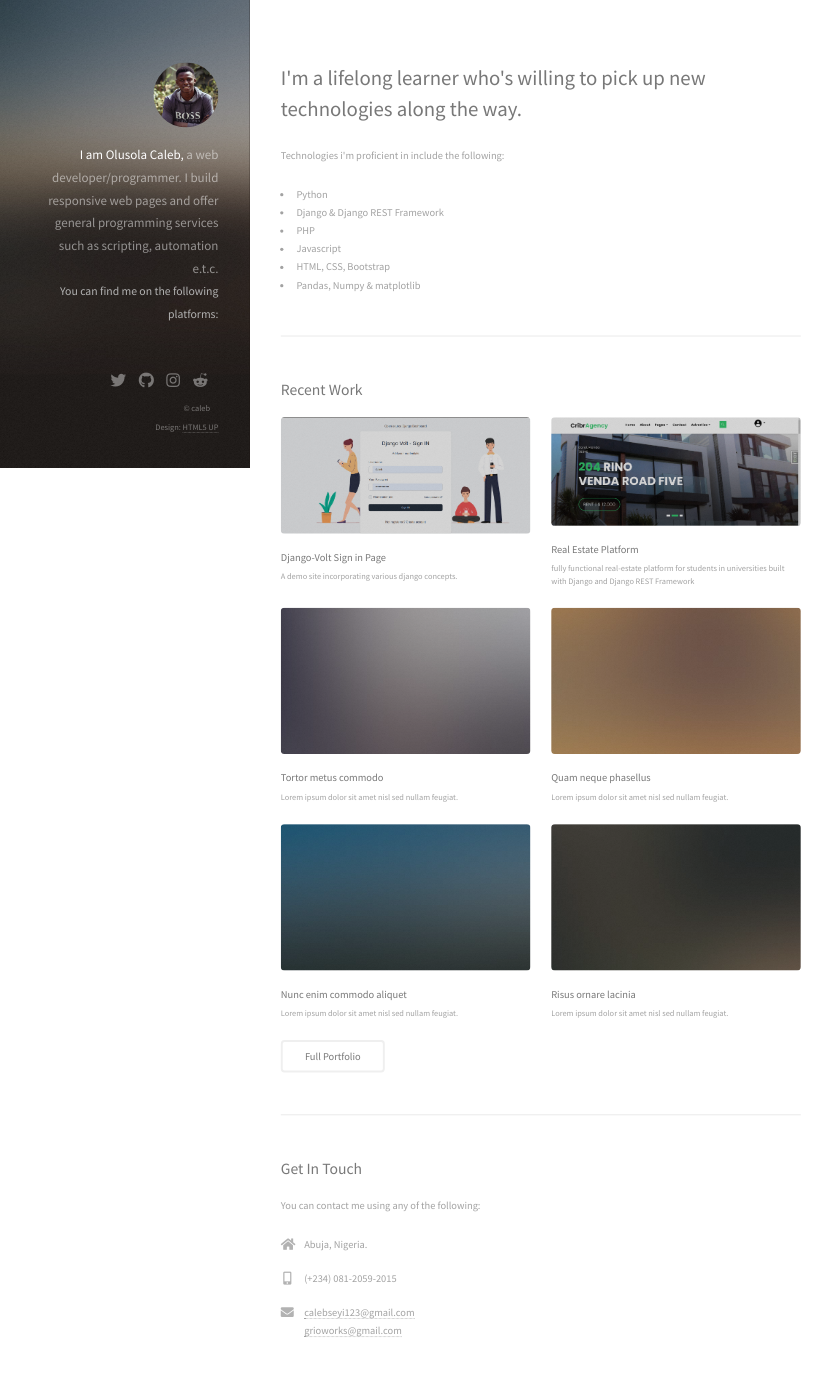
Repository: Caleb40/Caleb40.github.io
Page: index.html
An editor plug-in stored every save of this project. The page is shown before and after the next save, followed by the edit.
The browser window is 1280 px wide. The pictures show the whole page, at 65% of full size.

Above is the page before, as saved 2022-07-13 00:07:17.

### index.html
<!DOCTYPE HTML>
<html lang="en">

<head>
	<title>Olusola Caleb O.</title>
	<meta charset="utf-8" />
	<meta name="viewport" content="width=device-width, initial-scale=1, user-scalable=no" />
	<link rel="stylesheet" href="assets/css/main.css" />
</head>

<body class="is-preload">

	<!-- Header -->
	<header id="header">
		<div class="inner">
			<a href="#" class="image avatar"><img src="images/Photo_1607349133627.jpg" alt="profile" height="100px" width="100px" /></a>
			<h1 id="desc"><strong>I am Olusola Caleb,</strong><br> a web developer/programmer.<br />
				I build responsive web pages and offer general programming services such as scripting, automation e.t.c.
				<p id="findme">You can find me on <br> the following platforms:</p>
			</h1>

		</div>
	</header>

	<!-- Main -->
	<div id="main">

		<!-- One -->
		<section id="one">
			<header class="major">
				<h2>I'm a lifelong learner who's willing to pick up new technologies along the way.</h2>
			</header>
			<p>Technologies i'm proficient in include the following: </p>
			<ul>
				<li>Python</li>
				<li>Django & Django REST Framework</li>
				<li>PHP</li>
				<li>Javascript</li>
				<li>HTML, CSS, Bootstrap</li>
				<li>Pandas, Numpy & matplotlib</li>

			</ul>
			<!-- <ul class="actions">
				<li><a href="#" class="button">Learn More</a></li>
			</ul> -->
		</section>

		<!-- Two -->
		<section id="two">
			<h2>Recent Work</h2>
			<div class="row">
				<article class="col-6 col-12-xsmall work-item">
					<a href="images/portfolio/20220712_184121.png" class="image fit thumb"><img src="images/portfolio/20220712_184121.png" alt="" /></a>
					<h3>Django-Volt Sign in Page</h3>
					<p>A demo site incorporating various django concepts.</p>
				</article>
				<article class="col-6 col-12-xsmall work-item">
					<a href="images/portfolio/20220712_184159.png" class="image fit thumb"><img src="images/portfolio/20220712_184159.png"/></a>
					<h3>Real Estate Platform</h3>
					<p>fully functional real-estate platform for students in universities built with Django and Django REST Framework</p>
				</article>
				<article class="col-6 col-12-xsmall work-item">
					<a href="images/images.jpeg" class="image fit thumb"><img src="images/thumbs/03.jpg" alt="" /></a>
					<h3>Tortor metus commodo</h3>
					<p>Lorem ipsum dolor sit amet nisl sed nullam feugiat.</p>
				</article>
				<article class="col-6 col-12-xsmall work-item">
					<a href="images/fulls/04.jpg" class="image fit thumb"><img src="images/thumbs/04.jpg" alt="" /></a>
					<h3>Quam neque phasellus</h3>
					<p>Lorem ipsum dolor sit amet nisl sed nullam feugiat.</p>
				</article>
				<article class="col-6 col-12-xsmall work-item">
					<a href="images/fulls/05.jpg" class="image fit thumb"><img src="images/thumbs/05.jpg" alt="" /></a>
					<h3>Nunc enim commodo aliquet</h3>
					<p>Lorem ipsum dolor sit amet nisl sed nullam feugiat.</p>
				</article>
				<article class="col-6 col-12-xsmall work-item">
					<a href="images/fulls/06.jpg" class="image fit thumb"><img src="images/thumbs/06.jpg" alt="" /></a>
					<h3>Risus ornare lacinia</h3>
					<p>Lorem ipsum dolor sit amet nisl sed nullam feugiat.</p>
				</article>
			</div>
			<ul class="actions">
				<li><a href="https://www.linkedin.com/in/caleb-olusola/" class="button">Full Portfolio</a></li>
			</ul>
		</section>

		<!-- Three -->
		<section id="three">
			<h2>Get In Touch</h2>
			<p>You can contact me using any of the following:</p>
			<div class="row">
				<!-- <div class="col-8 col-12-small">
					<form method="post" action="#">
						<div class="row gtr-uniform gtr-50">
							<div class="col-6 col-12-xsmall"><input type="text" name="name" id="name"
									placeholder="Name" /></div>
							<div class="col-6 col-12-xsmall"><input type="email" name="email" id="email"
									placeholder="Email" /></div>
							<div class="col-12"><textarea name="message" id="message" placeholder="Message"
									rows="4"></textarea></div>
						</div>
					</form>
					<ul class="actions">
						<li><input type="submit" value="Send Message" /></li>
					</ul>

				</div> -->
				<div class="col-4 col-12-small">
					<ul class="labeled-icons">
						<li>
							<h3 class="icon solid fa-home"><span class="label">Address</span></h3>
							Abuja,
							Nigeria.<br>
						</li>
						<li>
							<h3 class="icon solid fa-mobile-alt"><span class="label">Phone</span></h3>
						(+234) 081-2059-2015
						</li>
						<li>
							<h3 class="icon solid fa-envelope"><span class="label">Email</span></h3>
							<a href="">calebseyi123@gmail.com <br> grioworks@gmail.com</a>
						</li>
					</ul>
				</div>
			</div>
		</section>



	<!-- Footer -->
	<footer id="footer">
		<div class="inner">
			<!-- <p id="phone">Contact: 08120592015</p>
			<p id="email">E-mail: calebseyi123@gmail.com</p> -->
			<ul class="icons">
				<li><a href="https://twitter.com/caleb_mnb" class="icon brands fa-twitter"><span
							class="label">Twitter</span></a></li>
				<li><a href="https://github.com/Caleb40" class="icon brands fa-github"><span
							class="label">Github</span></a></li>
				<li><a href="https://www.instagram.com/itz_calebking/" class="icon brands fa-instagram"><span
							class="label">Instagram</span></a></li>
				<li><a href="https://www.reddit.com/user/caleb_king" class="icon brands fa-reddit-alien"><span
							class="label">Reddit</span></a></li>
				<ul class="copyright">
					<li>&copy; caleb</li>
					<li>Design: <a href="http://html5up.net">HTML5 UP</a></li>
				</ul>

			</ul>
		</div>
	</footer>

	<!-- Scripts -->
	<script src="assets/js/jquery.min.js"></script>
	<script src="assets/js/jquery.poptrox.min.js"></script>
	<script src="assets/js/browser.min.js"></script>
	<script src="assets/js/breakpoints.min.js"></script>
	<script src="assets/js/util.js"></script>
	<script src="assets/js/main.js"></script>

</body>

</html>

Loaded but not shown: assets/css/fontawesome-all.min.css (library); assets/js/jquery.min.js (library); assets/js/jquery.poptrox.min.js (library); assets/js/browser.min.js (common file); assets/js/breakpoints.min.js (common file); assets/js/util.js (587 lines, source omitted); assets/js/main.js (117 lines, source omitted); assets/css/main.css (3241 lines, source omitted)

After the next save:
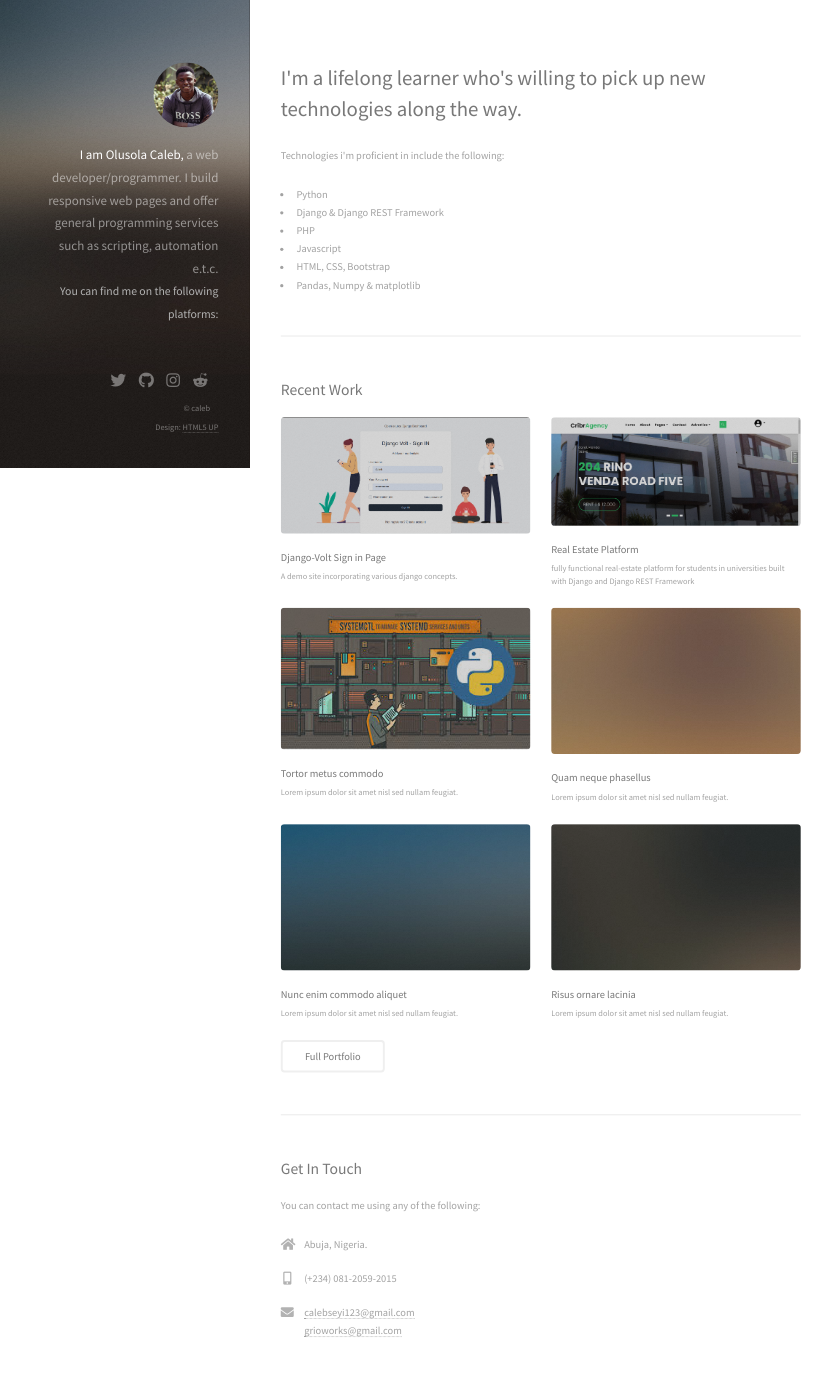
Saved 10 s later.
--- a/index.html
+++ b/index.html
@@ -60,7 +60,7 @@
 					<p>fully functional real-estate platform for students in universities built with Django and Django REST Framework</p>
 				</article>
 				<article class="col-6 col-12-xsmall work-item">
-					<a href="images/images.jpeg" class="image fit thumb"><img src="images/thumbs/03.jpg" alt="" /></a>
+					<a href="images/images.jpeg" class="image fit thumb"><img src="images/images.jpeg" alt="" /></a>
 					<h3>Tortor metus commodo</h3>
 					<p>Lorem ipsum dolor sit amet nisl sed nullam feugiat.</p>
 				</article>
